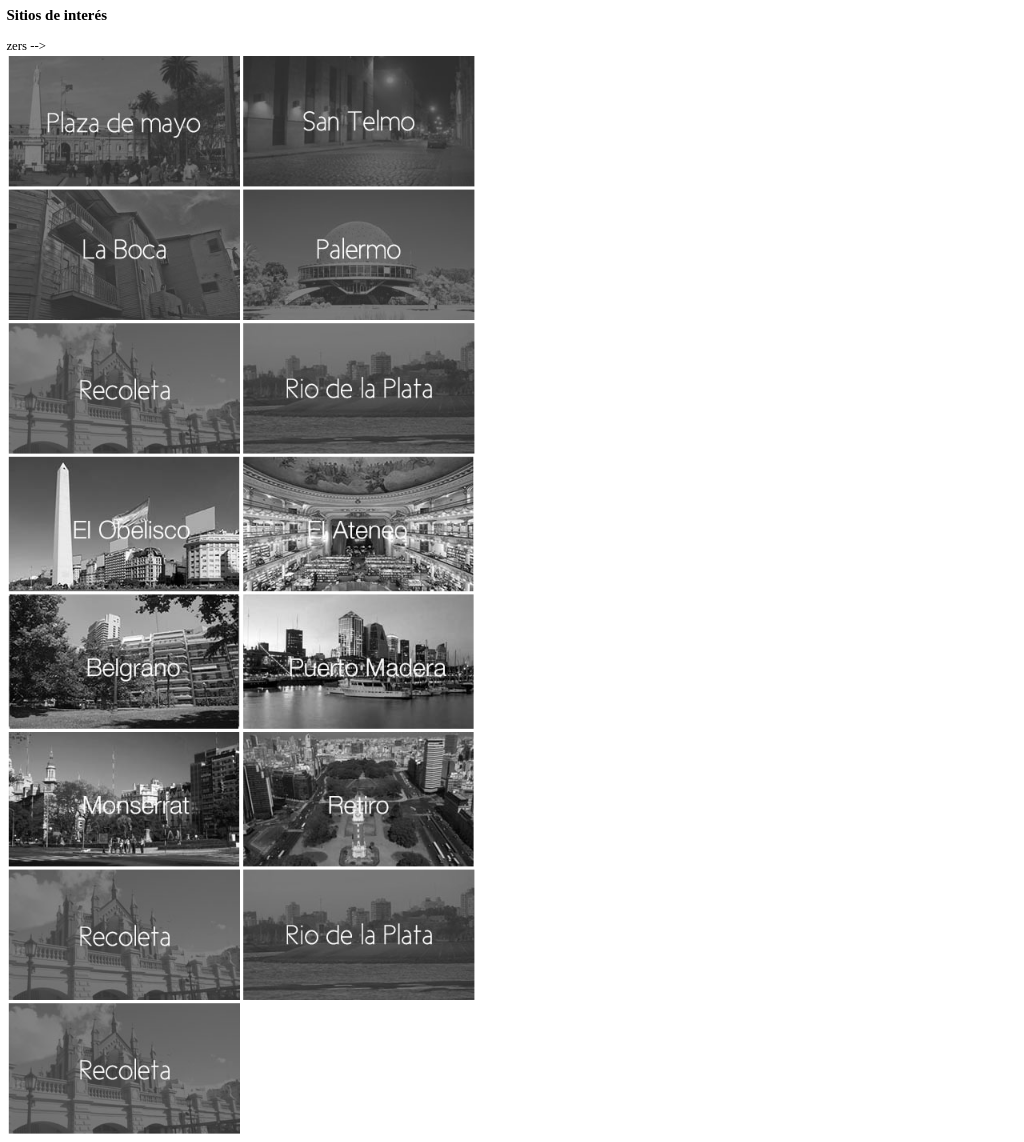
Repository: pacoigloo/Anexia
Page: sitios.html
The author's editor kept a record of every edit. The page is drawn from the files as they stood at one moment, then again after the next edit.
The browser window is 1280 px wide. The pictures show the whole page, at 80% of full size.

Above is the page before.

### sitios.html
       <div id="interContainer">
        <h3>Sitios de interés</h3>
        <div id= "mapContainer">
            <div ng-app="mapsApp" ng-controller="mapa">
            <div id="map"></div>
            <!-- <div id="class" ng-repeat="marker in markers | orderBy : 'title'">
                <a href="#" ng-click="openInfoWindow($event, marker)">{{marker.title}}</a>
            </div>-->
        </div>
        </div>
    </div>
    <div id="inBtnContainer">
    <table>
                <tr>zers
                    <td ><img class="tdIzq" onclick="initialize('plaza')" src="img/plaza-mayo.jpg"></img></td>
                    <td ><img class="tdDer" onclick="initialize('telmo')" src="img/san-telmo.jpg"></img></td>
                </tr>
                 <tr>
                    <td ><img class="tdIzq" onclick="initialize('boca')" src="img/la-boca.jpg"></img></td>
                    <td ><img class="tdDer" onclick="initialize('palermo')" src="img/palermo.jpg"></img></td>
                </tr>
                 <tr>
                    <td ><img class="tdIzq" onclick="initialize('recoleta')" src="img/recoleta.jpg"></img></td>
                    <td ><img class="tdDer" onclick="initialize('plata')" src="img/rio-plata.jpg"></img></td>
                </tr>
                <tr>
                    <td ><img class="tdIzq" onclick="initialize('obelisco')" src="img/obelisco.jpg"></img></td>
                    <td ><img class="tdDer" onclick="initialize('ateneo')" src="img/ateneo.jpg"></img></td>

                </tr>
                <tr>
                    <td ><img class="tdIzq" onclick="initialize('belgrano')" src="img/belgrano.jpg"></img></td>
                    <td ><img class="tdDer" onclick="initialize('madero')" src="img/puerto-madero.jpg"></img></td>
                </tr>

                <tr>
                    <td ><img class="tdIzq" onclick="initialize('monserrat')" src="img/monserrat.jpg"></img></td>
                    <td ><img class="tdDer" onclick="initialize('retiro')" src="img/retiro.jpg"></img></td>
                </tr>

                <tr>
                    <td ><img class="tdIzq" onclick="initialize('')" src="img/recoleta.jpg"></img></td>
                    <td ><img class="tdDer" onclick="initialize('')" src="img/rio-plata.jpg"></img></td>
                </tr>
                <tr>
                    <td ><img class="tdIzq" onclick="initialize('')" src="img/recoleta.jpg"></img></td>
                </tr>

                -->
        </table>
    </div>
    <div id="descripcionSite" style="display:none" >
        <div id="descripcionText">

        </div>
       <div id="btnVolverMenu" onclick="volverMenu()">
           <img id="imgFlechaIzq" src="img/flecha-izquierda.png"></img>
           <div id="volverText">
               <p>
                 Volver
               </p>
           </div>

       </div>
    </div>

After the next edit:
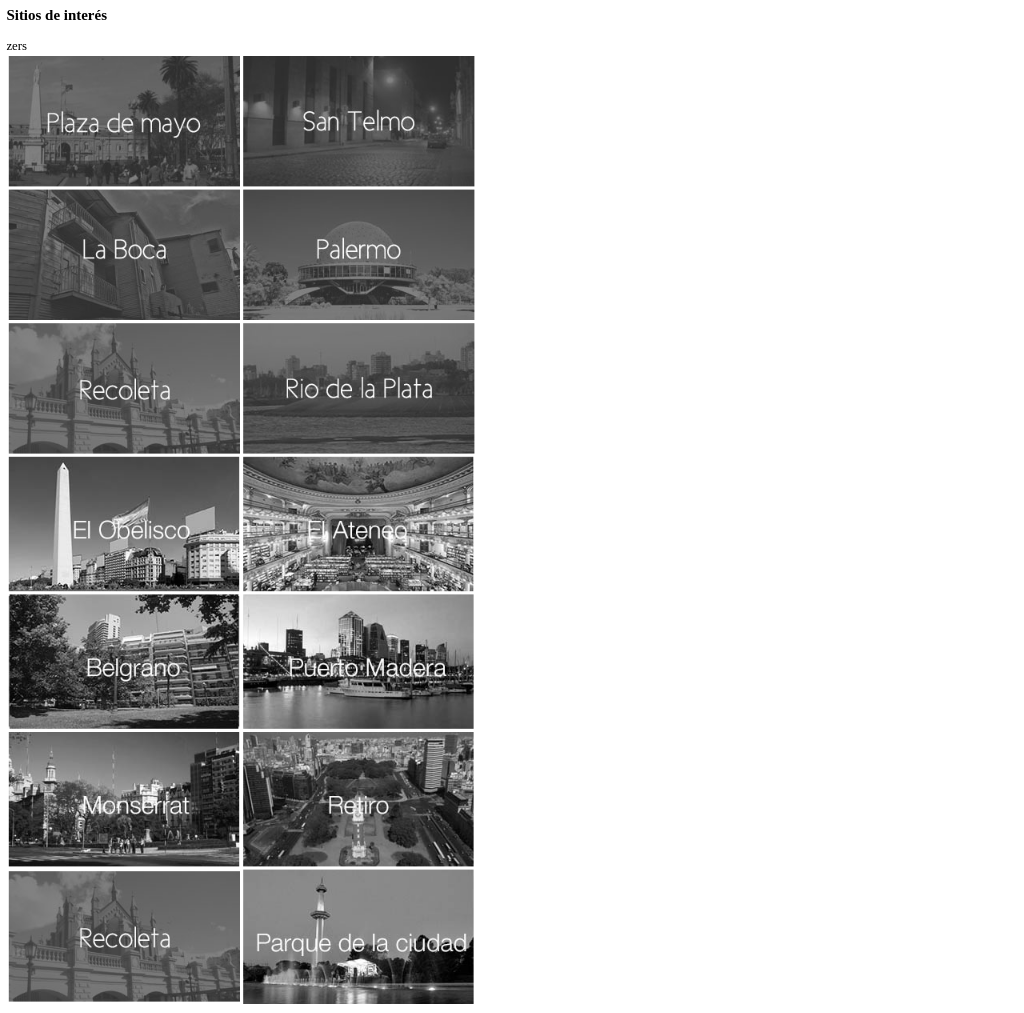
The edit:
--- a/sitios.html
+++ b/sitios.html
@@ -40,9 +40,10 @@
 
                 <tr>
                     <td ><img class="tdIzq" onclick="initialize('')" src="img/recoleta.jpg"></img></td>
-                    <td ><img class="tdDer" onclick="initialize('')" src="img/rio-plata.jpg"></img></td>
+                    <td ><img class="tdDer" onclick="initialize('parque')" src="img/parque-ciudad.jpg"></img></td>
                 </tr>
-                <tr>
+
+                <!--<tr>
                     <td ><img class="tdIzq" onclick="initialize('')" src="img/recoleta.jpg"></img></td>
                 </tr>
 
